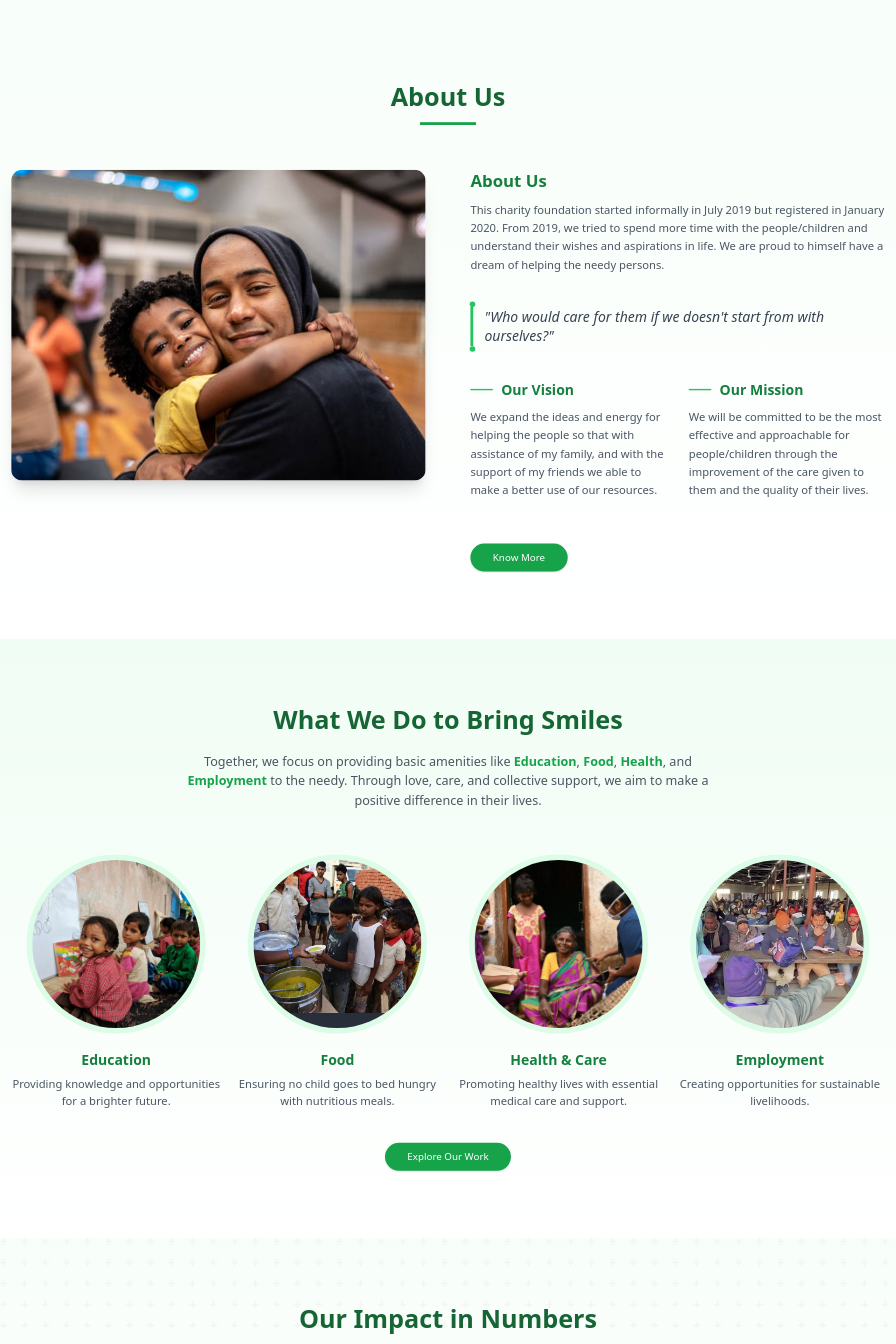
Repository: rajukumar2003/chandra-foundation
Page: /
An editor plug-in stored every save of this project. The page is shown before and after the next save, followed by the edit.
The browser window is 1280 px wide. The pictures show the part of the page from y = 1401 to 3321 px (the page is 7619 px tall before and 7575 px after), at 70% of full size.
The project was rebuilt for these pictures with package versions that can differ from the ones it lists, and the page was loaded fresh each time. The framework's server and built-in components were replaced by stand-ins that run in the browser. Also part of the build but not shown: next.config.ts.

Above is the page before, as saved 2024-12-18 20:24:18.

### app/layout.tsx
import type { Metadata } from "next";
import { Geist, Geist_Mono } from "next/font/google";
import "./globals.css";
import Navbar from "./components/navbar";
import Footer from "./components/Footer";

const geistSans = Geist({
  variable: "--font-geist-sans",
  subsets: ["latin"],
});

const geistMono = Geist_Mono({
  variable: "--font-geist-mono",
  subsets: ["latin"],
});

export const metadata: Metadata = {
  title: "Create Next App",
  description: "Generated by create next app",
};

export default function RootLayout({
  children,
}: Readonly<{
  children: React.ReactNode;
}>) {
  return (
    <html lang="en">
      <body
        className={`${geistSans.variable} ${geistMono.variable} antialiased`}
      >
        <Navbar />
        {children}
        <Footer/>
      </body>
    </html>
  );
}

### app/globals.css
@tailwind base;
@tailwind components;
@tailwind utilities;
@layer base {
  :root {
    --background: 0 0% 100%;
    --foreground: 0 0% 3.9%;
    --card: 0 0% 100%;
    --card-foreground: 0 0% 3.9%;
    --popover: 0 0% 100%;
    --popover-foreground: 0 0% 3.9%;
    --primary: 0 0% 9%;
    --primary-foreground: 0 0% 98%;
    --secondary: 0 0% 96.1%;
    --secondary-foreground: 0 0% 9%;
    --muted: 0 0% 96.1%;
    --muted-foreground: 0 0% 45.1%;
    --accent: 0 0% 96.1%;
    --accent-foreground: 0 0% 9%;
    --destructive: 0 84.2% 60.2%;
    --destructive-foreground: 0 0% 98%;
    --border: 0 0% 89.8%;
    --input: 0 0% 89.8%;
    --ring: 0 0% 3.9%;
    --chart-1: 12 76% 61%;
    --chart-2: 173 58% 39%;
    --chart-3: 197 37% 24%;
    --chart-4: 43 74% 66%;
    --chart-5: 27 87% 67%;
    --radius: 0.5rem
  }
  .dark {
    --background: 0 0% 3.9%;
    --foreground: 0 0% 98%;
    --card: 0 0% 3.9%;
    --card-foreground: 0 0% 98%;
    --popover: 0 0% 3.9%;
    --popover-foreground: 0 0% 98%;
    --primary: 0 0% 98%;
    --primary-foreground: 0 0% 9%;
    --secondary: 0 0% 14.9%;
    --secondary-foreground: 0 0% 98%;
    --muted: 0 0% 14.9%;
    --muted-foreground: 0 0% 63.9%;
    --accent: 0 0% 14.9%;
    --accent-foreground: 0 0% 98%;
    --destructive: 0 62.8% 30.6%;
    --destructive-foreground: 0 0% 98%;
    --border: 0 0% 14.9%;
    --input: 0 0% 14.9%;
    --ring: 0 0% 83.1%;
    --chart-1: 220 70% 50%;
    --chart-2: 160 60% 45%;
    --chart-3: 30 80% 55%;
    --chart-4: 280 65% 60%;
    --chart-5: 340 75% 55%
  }
}
@layer base {
  * {
    @apply border-border;
  }
  body {
    @apply bg-background text-foreground;
  }
}

@keyframes float {
  0%, 100% {
    transform: translateY(0);
  }
  50% {
    transform: translateY(-20px);
  }
}

@keyframes float-delayed {
  0%, 100% {
    transform: translateY(0);
  }
  50% {
    transform: translateY(-15px);
  }
}

.animate-float {
  animation: float 6s ease-in-out infinite;
}

.animate-float-delayed {
  animation: float-delayed 5s ease-in-out infinite;
  animation-delay: 1s;
}

### app/components/Footer.tsx
"use client";

import { Facebook, Twitter, Instagram, Youtube, Mail } from "lucide-react";
import Link from "next/link";
import { Input } from "@/components/ui/input";
import { Button } from "@/components/ui/button";

const socialLinks = [
  { icon: Facebook, href: "#", label: "Facebook" },
  { icon: Twitter, href: "#", label: "Twitter" },
  { icon: Instagram, href: "#", label: "Instagram" },
  { icon: Youtube, href: "#", label: "YouTube" },
];

const quickLinks = [
  { name: "What we do?", href: "/about" },
  { name: "Our Work", href: "/programs" },
  { name: "Get Involved", href: "/get-involved" },
  { name: "Contact", href: "/contact" },
];

export default function Footer() {
  return (
    <footer className="bg-green-900 text-white">
      <div className="container mx-auto px-4 py-12">
        <div className="grid grid-cols-1 md:grid-cols-2 lg:grid-cols-4 gap-8">
          {/* Logo and Description */}
          <div className="space-y-4">
            <Link href="/" className="text-2xl font-bold">
              Chandra Foundation
            </Link>
            <p className="text-green-200 text-sm">
              Nurturing Dreams, Transforming Lives. Together, we can make a
              difference.
            </p>
          </div>

          {/* Quick Links */}
          <div>
            <h3 className="text-lg font-semibold mb-4">Quick Links</h3>
            <ul className="space-y-2">
              {quickLinks.map((link) => (
                <li key={link.name}>
                  <Link
                    href={link.href}
                    className="text-green-200 hover:text-white transition-colors"
                  >
                    {link.name}
                  </Link>
                </li>
              ))}
            </ul>
          </div>

          {/* Contact Info */}
          <div>
            <h3 className="text-lg font-semibold mb-4">Contact Us</h3>
            <address className="not-italic text-green-200 space-y-2">
              <p>123 Charity Lane</p>
              <p>Compassion City, CC 12345</p>
              <p>Phone: (123) 456-7890</p>
              <p>Email: info@chandrafoundation.org</p>
            </address>
          </div>

          {/* Newsletter Signup */}
          <div>
            <h3 className="text-lg font-semibold mb-4">Stay Updated</h3>
            <form className="space-y-2">
              <Input
                type="email"
                placeholder="Your email address"
                className="bg-white text-black placeholder-green-400"
              />
              <Button className="w-full bg-green-600 hover:bg-green-700">
                Subscribe
              </Button>
            </form>
          </div>
        </div>

        {/* Bottom Bar */}
        <div className="mt-12 pt-8 border-t border-green-800 flex flex-col md:flex-row justify-between items-center space-y-4 md:space-y-0">
          <div className="text-sm text-green-300">
            © {new Date().getFullYear()} Chandra Foundation. All rights
            reserved.
          </div>
          <div className="flex space-x-4">
            {socialLinks.map((link) => (
              <a
                key={link.label}
                href={link.href}
                className="text-green-300 hover:text-white transition-colors"
                aria-label={link.label}
              >
                <link.icon className="w-5 h-5" />
              </a>
            ))}
          </div>
        </div>
      </div>
    </footer>
  );
}

### app/components/AboutUs.tsx
'use client'

import { Button } from "@/components/ui/button"
import Image from "next/image"

export default function AboutUs() {
  return (
    <div className="bg-gradient-to-b from-green-50/50 to-white">
      <section className="container mx-auto px-4 py-16 lg:py-24">
        <div className="text-center mb-16">
          <h2 className="text-3xl md:text-4xl font-bold text-green-800 mb-4">
            About Us
          </h2>
          <div className="w-20 h-1 bg-green-600 mx-auto"></div>
        </div>

        <div className="grid lg:grid-cols-2 gap-12 lg:gap-16 items-start">
          {/* Left Side: Image */}
          <div className="relative aspect-[4/3] w-full max-w-md mx-auto lg:max-w-none rounded-2xl overflow-hidden shadow-xl">
            <Image
              src="/images/about us.jpg"
              alt="About Chandra Foundation"
              fill
              className="object-cover"
              sizes="(max-width: 768px) 100vw, 40vw"
            />
          </div>

          {/* Right Side: Content */}
          <div className="space-y-12">
            <div>
              <h3 className="text-2xl font-semibold text-green-700 mb-3">
                About Us
              </h3>
              <p className="text-gray-600 leading-relaxed">
                This charity foundation started informally in July 2019 but registered in January 2020.
                From 2019, we tried to spend more time with the people/children and understand their wishes
                and aspirations in life. We are proud to himself have a dream of helping the needy persons.
              </p>
            </div>

            {/* Quote */}
            <blockquote className="relative pl-4 border-l-4 border-green-500 italic text-gray-700 text-xl">
              "Who would care for them if we doesn't start from with ourselves?"
              <div className="w-2 h-2 bg-green-500 absolute -left-[5px] -top-2 rounded-full"></div>
              <div className="w-2 h-2 bg-green-500 absolute -left-[5px] -bottom-2 rounded-full"></div>
            </blockquote>

            <div className="grid md:grid-cols-2 gap-8">
              <div>
                <h3 className="text-xl font-semibold text-green-700 mb-3 flex items-center">
                  <span className="w-8 h-[2px] bg-green-500 mr-3"></span>
                  Our Vision
                </h3>
                <p className="text-gray-600 leading-relaxed">
                  We expand the ideas and energy for helping the people so that with assistance
                  of my family, and with the support of my friends we able to make a better use
                  of our resources.
                </p>
              </div>

              <div>
                <h3 className="text-xl font-semibold text-green-700 mb-3 flex items-center">
                  <span className="w-8 h-[2px] bg-green-500 mr-3"></span>
                  Our Mission
                </h3>
                <p className="text-gray-600 leading-relaxed">
                  We will be committed to be the most effective and approachable for people/children
                  through the improvement of the care given to them and the quality of their lives.
                </p>
              </div>
            </div>

            <div className="pt-4">
              <Button
                size="lg"
                className="bg-green-600 hover:bg-green-700 text-white rounded-full"
              >
                Know More
              </Button>
            </div>
          </div>
        </div>
      </section>
    </div>
  )
}

### app/components/ImpactSection.tsx
'use client'

import { motion } from "framer-motion"
import { Clock, Users, GraduationCap, HandHeart, Award } from 'lucide-react'

const stats = [
  {
    icon: Clock,
    value: 5,
    suffix: '+',
    label: 'Years of dedicated service to society',
    color: 'text-green-500'
  },
  {
    icon: GraduationCap,
    value: 1000,
    suffix: '+',
    label: 'Children received quality education',
    color: 'text-blue-500'
  },
  {
    icon: HandHeart,
    value: 5000,
    suffix: '+',
    label: 'Hours of community service',
    color: 'text-purple-500'
  },
  {
    icon: Users,
    value: 1000,
    suffix: '+',
    label: 'Partners and volunteers joined us',
    color: 'text-orange-500'
  },
  {
    icon: Award,
    value: 100,
    suffix: '%',
    label: 'Commitment to transforming lives',
    color: 'text-red-500'
  }
]

export default function ImpactSection() {
  return (
    <section className="py-24 bg-gradient-to-b from-green-50/50 to-white relative overflow-hidden">
      {/* Background Pattern */}
      <div className="absolute inset-0 opacity-[0.03]"
        style={{
          backgroundImage: `url("data:[embedded picture, 360 characters]")`
        }}
      />

      <div className="container mx-auto px-4">
        <motion.div
          initial={{ opacity: 0, y: 20 }}
          whileInView={{ opacity: 1, y: 0 }}
          viewport={{ once: true }}
          transition={{ duration: 0.6 }}
          className="text-center mb-16"
        >
          <h2 className="text-3xl md:text-4xl font-bold text-green-800 mb-4">
            Our Impact in Numbers
          </h2>
          <p className="text-gray-600 max-w-2xl mx-auto text-lg">
            Through your generous support and our dedicated team's efforts,
            we've made significant strides in transforming lives and building
            a better future for our community.
          </p>
        </motion.div>

        <div className="grid grid-cols-1 md:grid-cols-2 lg:grid-cols-5 gap-8 lg:gap-4">
          {stats.map((stat, index) => (
            <motion.div
              key={stat.label}
              initial={{ opacity: 0, y: 20 }}
              whileInView={{ opacity: 1, y: 0 }}
              viewport={{ once: true }}
              transition={{ duration: 0.6, delay: index * 0.1 }}
              className="relative group"
            >
              <div className="text-center p-6">
                <div className="mb-4 relative">
                  <div className="w-16 h-16 mx-auto rounded-full bg-white shadow-lg flex items-center justify-center group-hover:scale-110 transition-transform duration-300">
                    <stat.icon className={`w-8 h-8 ${stat.color}`} />
                  </div>
                </div>
                <h3 className="text-4xl font-bold text-gray-800 mb-2">
                  {stat.value.toLocaleString()}{stat.suffix}
                </h3>
                <p className="text-gray-600 text-sm">
                  {stat.label}
                </p>
              </div>
            </motion.div>
          ))}
        </div>
      </div>
    </section>
  )
}

### app/components/CtaSection.tsx
"use client";

import { motion } from "framer-motion";
import { Button } from "@/components/ui/button";
import { ArrowRight } from "lucide-react";

export default function CtaSection() {
  return (
    <section className="py-24 bg-gradient-to-b from-green-50/50 to-white relative overflow-hidden">
      {/* Background Elements */}
      <div className="absolute inset-0">
        <div className="absolute inset-0 bg-[radial-gradient(circle_at_top_right,rgba(34,197,94,0.05),transparent_50%)]" />
        <div className="absolute inset-0 bg-[radial-gradient(circle_at_bottom_left,rgba(34,197,94,0.05),transparent_50%)]" />
      </div>

      <div className="container mx-auto px-4 relative">
        <div className="max-w-5xl mx-auto">
          <motion.div
            initial={{ opacity: 0, y: 20 }}
            whileInView={{ opacity: 1, y: 0 }}
            viewport={{ once: true }}
            transition={{ duration: 0.6 }}
            className="items-center"
          >
            {/* Text Content */}
            <div className="text-center space-y-8">
              <h2 className="text-4xl md:text-5xl font-bold text-green-800 leading-tight">
                Together We Can Make The DIFFERENCE
              </h2>
              {/* <p className="text-xl text-gray-600">
                Let's create the{" "}
                <span className="text-green-600 font-semibold">DIFFERENCE</span>{" "}
                our community needs
              </p> */}

              <motion.p
                initial={{ opacity: 0, y: 20 }}
                whileInView={{ opacity: 1, y: 0 }}
                viewport={{ once: true }}
                transition={{ duration: 0.6, delay: 0.4 }}
                className="mt-12 text-xl text-gray-600 italic"
              >
                "The greatest gift you can give someone is your{" "}
                <span className="text-green-600 font-semibold">time</span>, your{" "}
                <span className="text-green-600 font-semibold">love</span>, your{" "}
                <span className="text-green-600 font-semibold">attention</span>,
                and your{" "}
                <span className="text-green-600 font-semibold">concern</span>."
              </motion.p>
              <motion.div
                initial={{ opacity: 0, x: -20 }}
                whileInView={{ opacity: 1, x: 0 }}
                viewport={{ once: true }}
                transition={{ duration: 0.6, delay: 0.2 }}
              >
                <Button
                  size="lg"
                  className="bg-green-600 hover:bg-green-700 text-white group"
                >
                  Join Us Today
                  <ArrowRight className="ml-2 h-4 w-4 transition-transform group-hover:translate-x-1" />
                </Button>
              </motion.div>
            </div>
          </motion.div>
        </div>
      </div>
    </section>
  );
}

### app/components/WhyCare.tsx
'use client'

import { motion } from "framer-motion"
import { Button } from "@/components/ui/button"
import { ArrowRight, School, Home, Heart, Utensils } from 'lucide-react'

const statistics = [
  {
    icon: School,
    value: "27%",
    label: "Children out of school"
  },
  {
    icon: Utensils,
    value: "14%",
    label: "Population undernourished"
  },
  {
    icon: Home,
    value: "73M",
    label: "People in poverty"
  },
  {
    icon: Heart,
    value: "40%",
    label: "Children need support"
  }
]

export default function WhyCare() {
  return (
    <section className="py-24 bg-gradient-to-b from-white to-green-50/50">
      <div className="container mx-auto px-4">
        <div className="max-w-3xl mx-auto">
          {/* Content Centered */}
          <motion.div
            initial={{ opacity: 0, y: 20 }}
            whileInView={{ opacity: 1, y: 0 }}
            viewport={{ once: true }}
            transition={{ duration: 0.6 }}
            className="space-y-8 text-center"
          >
            <h2 className="text-3xl md:text-4xl font-bold text-green-800">
              Why We Should Care
            </h2>

            <p className="text-lg text-gray-600">
              In India, a significant portion of the population lives in poverty.
              Millions of children remain uneducated, suffer from hunger and poor health,
              and face an uncertain future. Additionally, the number of children living
              without parental support is rising day by day.
            </p>

            <div className="grid grid-cols-2 sm:grid-cols-2 md:grid-cols-4 gap-6 justify-center">
              {statistics.map((stat, index) => (
                <motion.div
                  key={stat.label}
                  initial={{ opacity: 0, y: 20 }}
                  whileInView={{ opacity: 1, y: 0 }}
                  viewport={{ once: true }}
                  transition={{ duration: 0.6, delay: index * 0.1 }}
                  className="text-center p-4 bg-white rounded-lg shadow-sm hover:shadow-md transition-shadow"
                >
                  <stat.icon className="w-6 h-6 text-green-600 mx-auto mb-2" />
                  <div className="text-2xl font-bold text-green-800">{stat.value}</div>
                  <div className="text-sm text-gray-500">{stat.label}</div>
                </motion.div>
              ))}
            </div>

            <div className="bg-green-50 border-l-4 border-green-500 p-4 rounded-r-lg text-left mx-auto">
              <h3 className="font-semibold text-green-800 mb-2">Our Solution</h3>
              <p className="text-gray-600">
                We started by requesting people to donate their old clothes and accessories.
                But we realized that was not enough. True development centers around fulfilling
                basic needs while focusing on <span className="font-semibold text-green-700">Education</span>
                and <span className="font-semibold text-green-700">Employment</span>—the foundations of a better future.
              </p>
            </div>

            <Button
              size="lg"
              className="bg-green-600 hover:bg-green-700 text-white group mx-auto"
            >
              Learn About What We Do
              <ArrowRight className="ml-2 h-4 w-4 transition-transform group-hover:translate-x-1" />
            </Button>
          </motion.div>
        </div>
      </div>
    </section>
  )
}

### components/ui/button.tsx
import * as React from "react"
import { Slot } from "@radix-ui/react-slot"
import { cva, type VariantProps } from "class-variance-authority"

import { cn } from "@/lib/utils"

const buttonVariants = cva(
  "inline-flex items-center justify-center gap-2 whitespace-nowrap rounded-md text-sm font-medium transition-colors focus-visible:outline-none focus-visible:ring-1 focus-visible:ring-ring disabled:pointer-events-none disabled:opacity-50 [&_svg]:pointer-events-none [&_svg]:size-4 [&_svg]:shrink-0",
  {
    variants: {
      variant: {
        default:
          "bg-primary text-primary-foreground shadow hover:bg-primary/90",
        destructive:
          "bg-destructive text-destructive-foreground shadow-sm hover:bg-destructive/90",
        outline:
          "border border-input bg-background shadow-sm hover:bg-accent hover:text-accent-foreground",
        secondary:
          "bg-secondary text-secondary-foreground shadow-sm hover:bg-secondary/80",
        ghost: "hover:bg-accent hover:text-accent-foreground",
        link: "text-primary underline-offset-4 hover:underline",
      },
      size: {
        default: "h-9 px-4 py-2",
        sm: "h-8 rounded-md px-3 text-xs",
        lg: "h-10 rounded-md px-8",
        icon: "h-9 w-9",
      },
    },
    defaultVariants: {
      variant: "default",
      size: "default",
    },
  }
)

export interface ButtonProps
  extends React.ButtonHTMLAttributes<HTMLButtonElement>,
    VariantProps<typeof buttonVariants> {
  asChild?: boolean
}

const Button = React.forwardRef<HTMLButtonElement, ButtonProps>(
  ({ className, variant, size, asChild = false, ...props }, ref) => {
    const Comp = asChild ? Slot : "button"
    return (
      <Comp
        className={cn(buttonVariants({ variant, size, className }))}
        ref={ref}
        {...props}
      />
    )
  }
)
Button.displayName = "Button"

export { Button, buttonVariants }

### components/ui/input.tsx
import * as React from "react"

import { cn } from "@/lib/utils"

const Input = React.forwardRef<HTMLInputElement, React.ComponentProps<"input">>(
  ({ className, type, ...props }, ref) => {
    return (
      <input
        type={type}
        className={cn(
          "flex h-9 w-full rounded-md border border-input bg-transparent px-3 py-1 text-base shadow-sm transition-colors file:border-0 file:bg-transparent file:text-sm file:font-medium file:text-foreground placeholder:text-muted-foreground focus-visible:outline-none focus-visible:ring-1 focus-visible:ring-ring disabled:cursor-not-allowed disabled:opacity-50 md:text-sm",
          className
        )}
        ref={ref}
        {...props}
      />
    )
  }
)
Input.displayName = "Input"

export { Input }

Loaded but not shown: lib/utils.ts (common file); tailwind.config.js (83 lines, source omitted); app/(root)/page.tsx (269 lines, source omitted); app/components/navbar.tsx (210 lines, source omitted); app/components/OurPrograms.jsx (132 lines, source omitted); app/components/HistoryTimeline.tsx (120 lines, source omitted); app/components/HeroSection.tsx (132 lines, source omitted); app/components/StorySection.tsx (105 lines, source omitted); app/components/FoundersMessage.tsx (87 lines, source omitted)

After the next save:
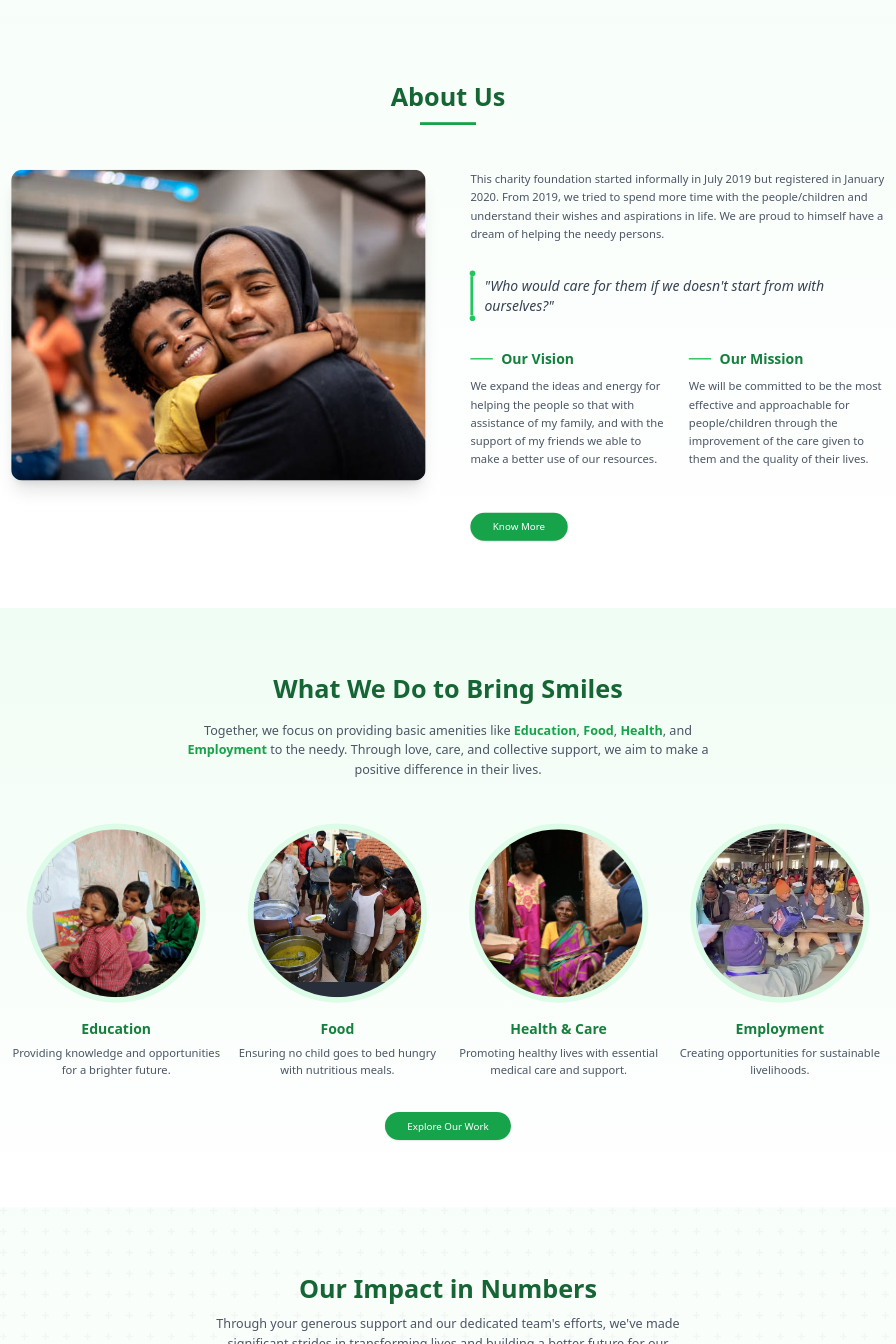
Saved 9 s later.
--- a/app/components/AboutUs.tsx
+++ b/app/components/AboutUs.tsx
@@ -29,9 +29,9 @@
           {/* Right Side: Content */}
           <div className="space-y-12">
             <div>
-              <h3 className="text-2xl font-semibold text-green-700 mb-3">
+              {/* <h3 className="text-2xl font-semibold text-green-700 mb-3">
                 About Us
-              </h3>
+              </h3> */}
               <p className="text-gray-600 leading-relaxed">
                 This charity foundation started informally in July 2019 but registered in January 2020.
                 From 2019, we tried to spend more time with the people/children and understand their wishes
